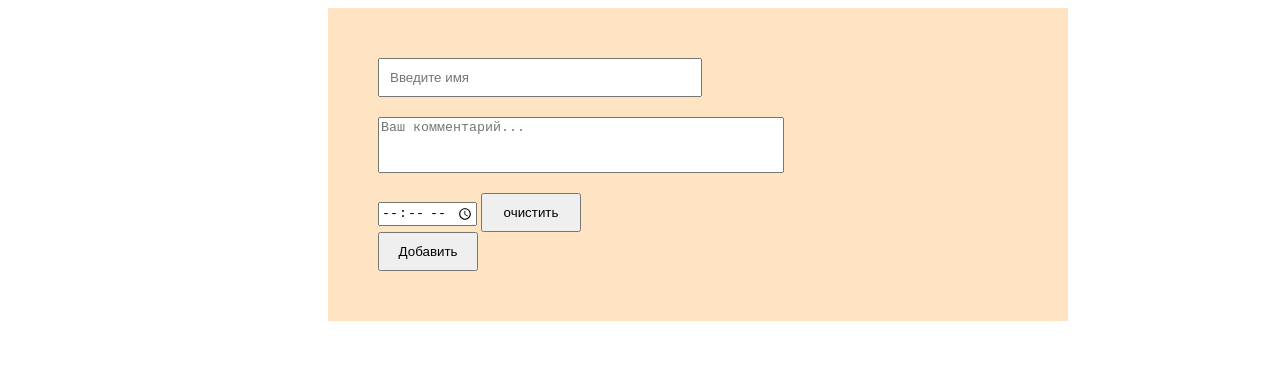
Repository: Grid-Master/commentList
Page: index.html
These files come from the project's save history. The page is drawn as it stood at one moment and after the next save; the edit follows.
The browser window is 1280 px wide. The pictures show the whole page.

Above is the page before, as saved 2023-03-07 19:48:51.

After the next save:
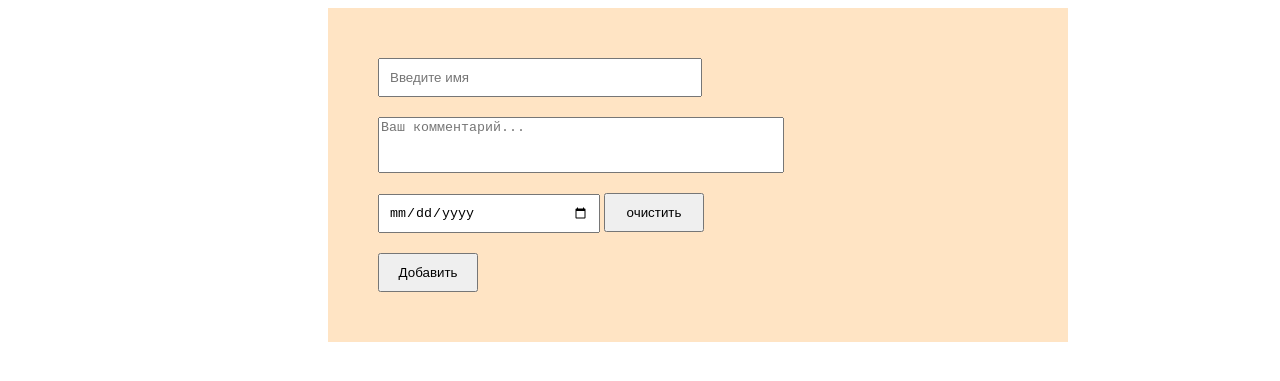
Saved 16 s later.
--- a/index.html
+++ b/index.html
@@ -44,7 +44,7 @@
       <input id="name" type="text" placeholder="Введите имя" required />
       <textarea id="comment" placeholder="Ваш комментарий..." required></textarea>
       <div>
-        <input type="time" id="date" />
+        <input type="date" id="date" />
         <button type="button" onclick="clearDate()">очистить</button>
       </div>
       <button type="submit">Добавить</button>
